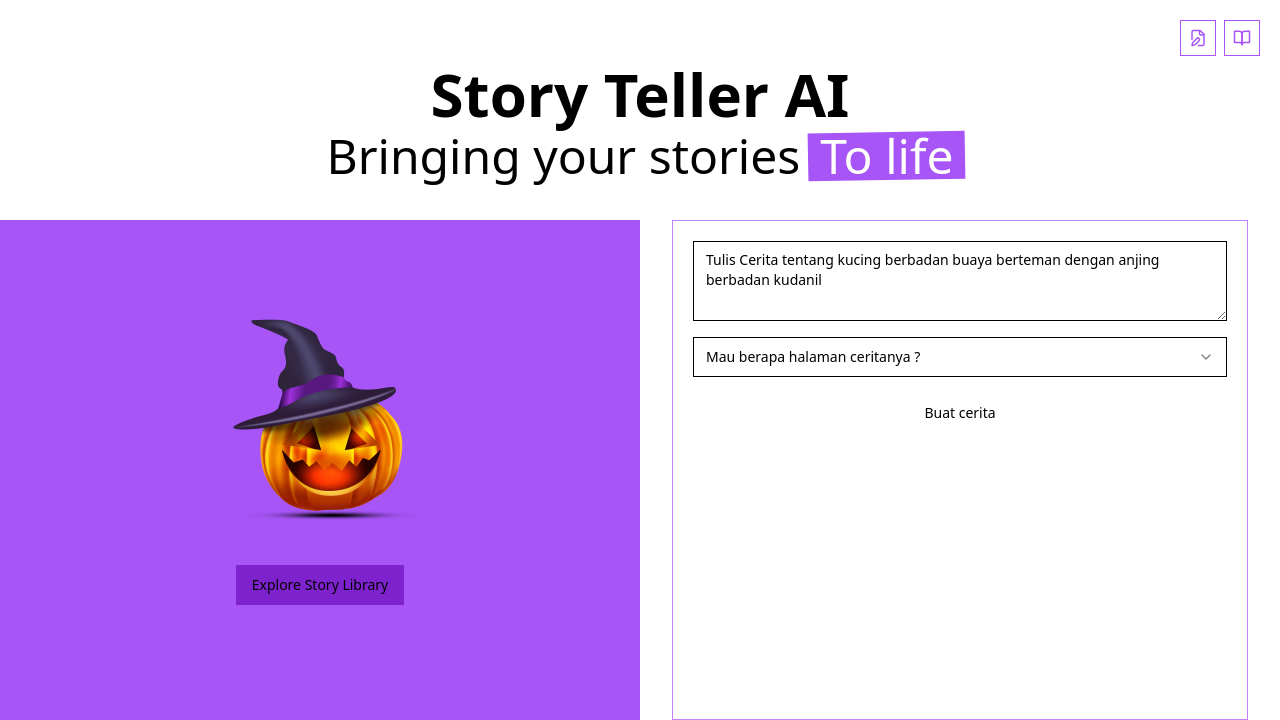
Repository: KilluaProject/story-tellerAI
Page: /
An editor plug-in stored every save of this project. The page is shown before and after the next save, followed by the edit.
The browser window is 1280 px wide. The pictures show the whole page.
The project was rebuilt for these pictures with package versions that can differ from the ones it lists, and the page was loaded fresh each time. The framework's server and built-in components were replaced by stand-ins that run in the browser. Also part of the build but not shown: next.config.mjs.

Above is the page before, as saved 2024-06-25 13:49:33.

After the next save:
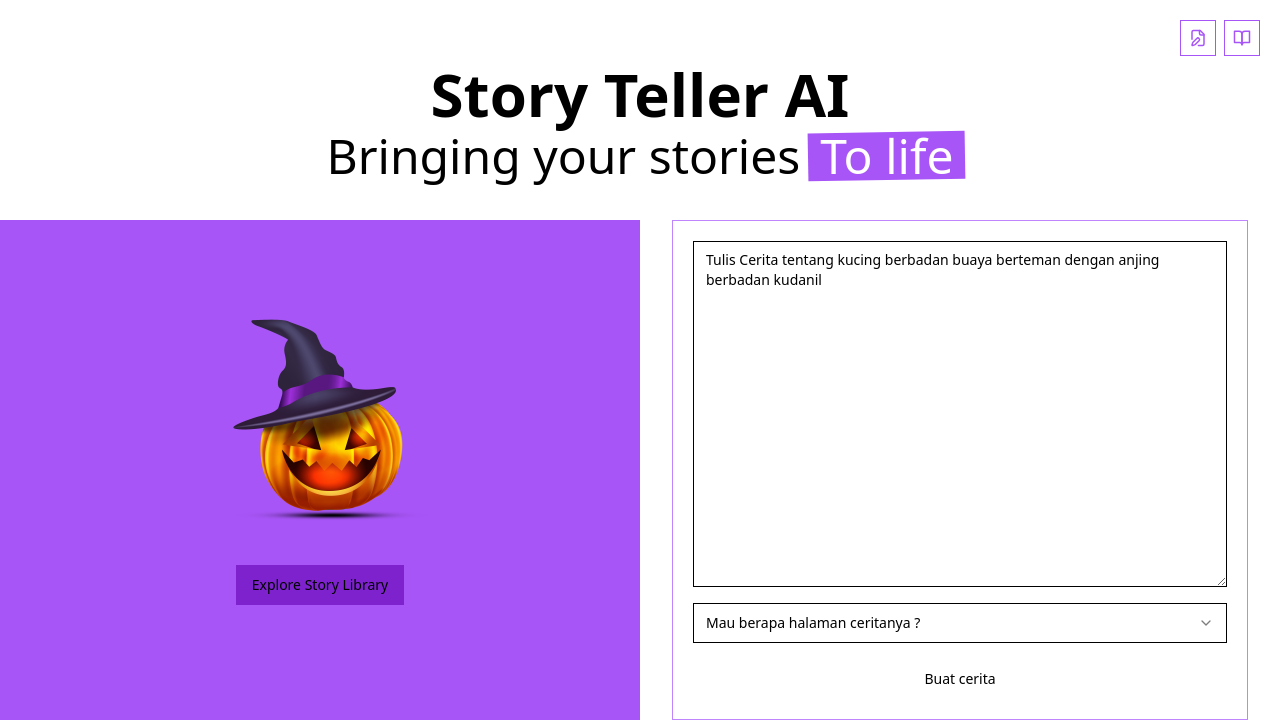
Saved 2 min 14 s later.
--- a/components/StoryWriter.tsx
+++ b/components/StoryWriter.tsx
@@ -9,7 +9,9 @@
   return (
    <div className='container flex flex-col'>
     <section className='flex flex-1 flex-col border border-purple-400 p-5 rounded-md gap-4'>
-        <Textarea placeholder='Tulis Cerita tentang kucing berbadan buaya berteman dengan anjing berbadan kudanil'/>
+        <Textarea
+        className='flex-1 text-black'
+        placeholder='Tulis Cerita tentang kucing berbadan buaya berteman dengan anjing berbadan kudanil'/>
         <Select>
             <SelectTrigger>
                 <SelectValue className='placeholder:text-opacity-50 select-none' placeholder='Mau berapa halaman ceritanya ?'/>
